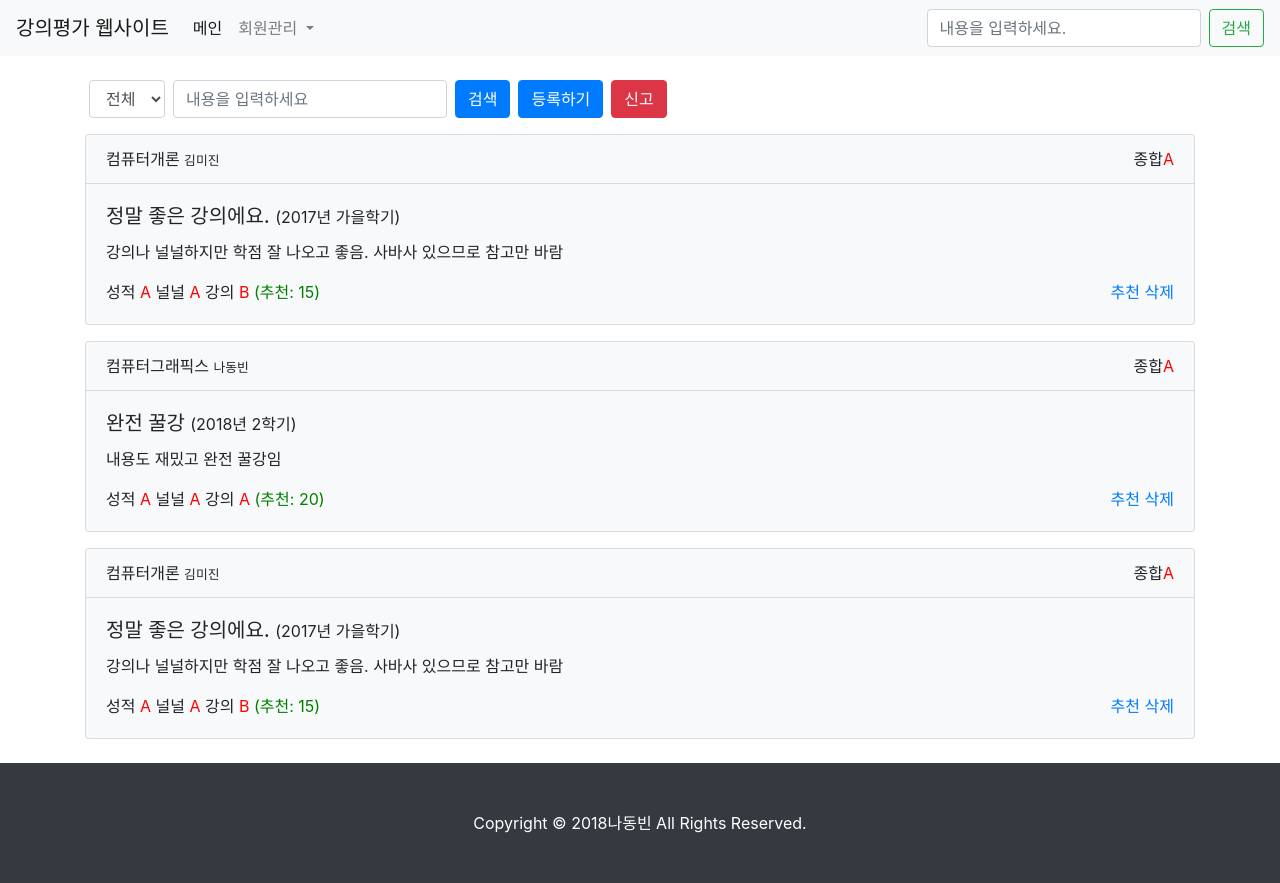
Repository: mijin99/lecture-evaluation
Page: http://localhost/Lecture_Evaluation/
The author's editor kept a copy of each file at every save. The page is drawn from the files as they stood at one save, then again after the next save.
The browser window is 1280 px wide. The pictures show the whole page.
The page is served by Tomcat 9.

Above is the page before, as saved 2020-12-24 17:35:50.

After the next save:
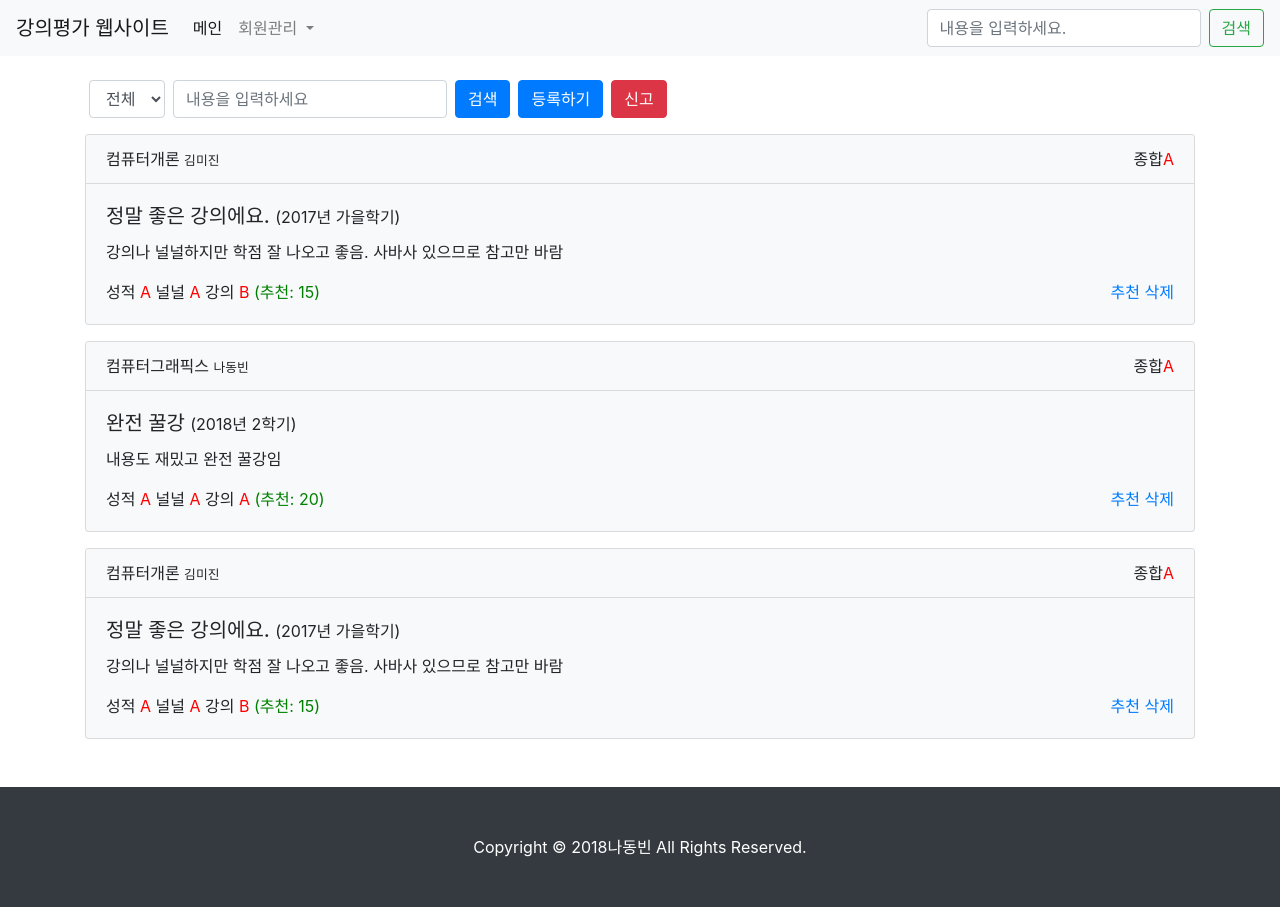
Saved 3 s later.
--- a/Lecture Evaluation/WebContent/index.jsp
+++ b/Lecture Evaluation/WebContent/index.jsp
@@ -359,7 +359,7 @@
 		</div>
 
 	<!--					마진탑 4 패딩 5 센터  -->
-	<footer class="bg-dark mt-4 p-5  text-center" style="color: #FFFFFF;">
+	<footer class="bg-dark mt-5 p-5  text-center" style="color: #FFFFFF;">
 		Copyright &copy; 2018나동빈 All Rights Reserved.
 	</footer>
 

After the save that followed:
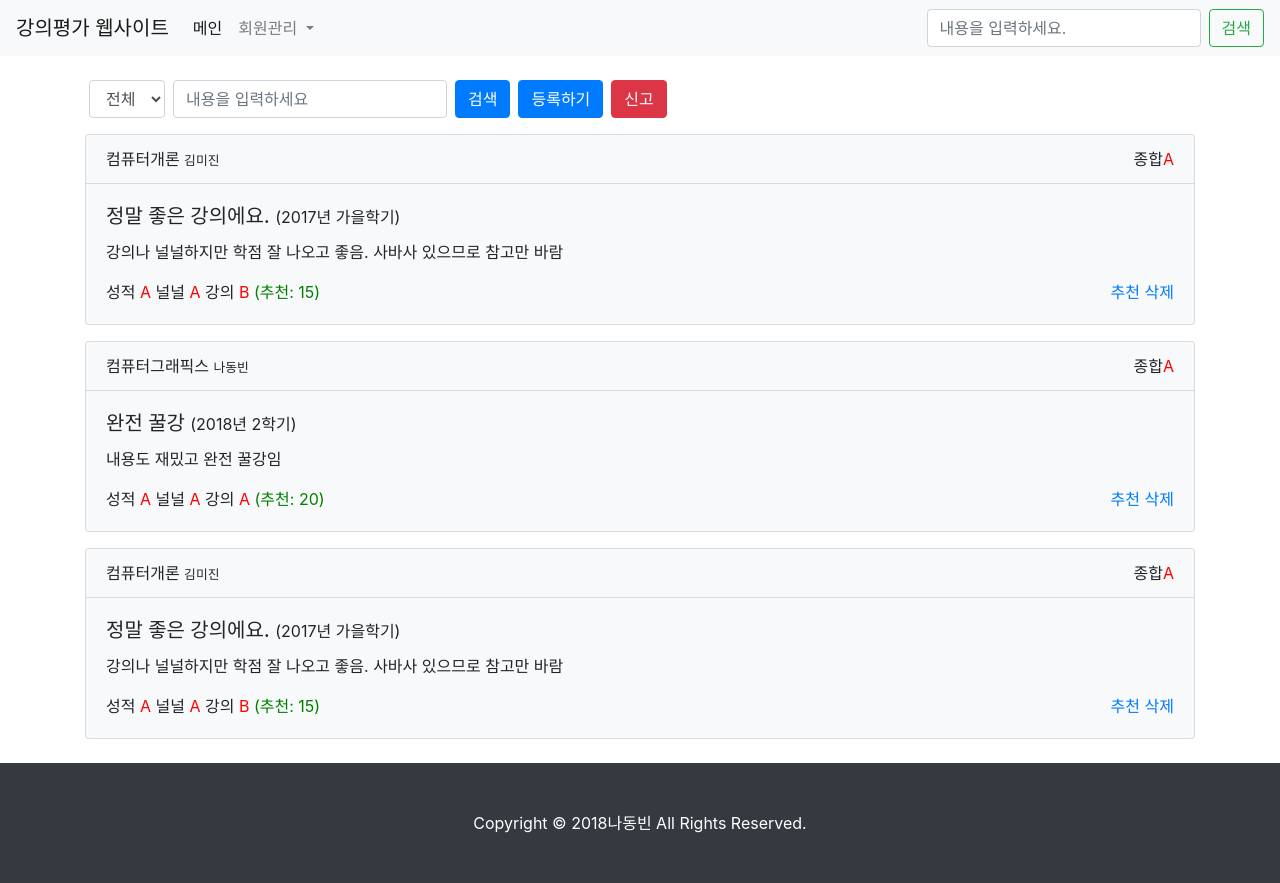
Saved 7 s later.
--- a/Lecture Evaluation/WebContent/index.jsp
+++ b/Lecture Evaluation/WebContent/index.jsp
@@ -359,7 +359,7 @@
 		</div>
 
 	<!--					마진탑 4 패딩 5 센터  -->
-	<footer class="bg-dark mt-5 p-5  text-center" style="color: #FFFFFF;">
+	<footer class="bg-dark mt-4 p-5  text-center" style="color: #FFFFFF;">
 		Copyright &copy; 2018나동빈 All Rights Reserved.
 	</footer>
 
